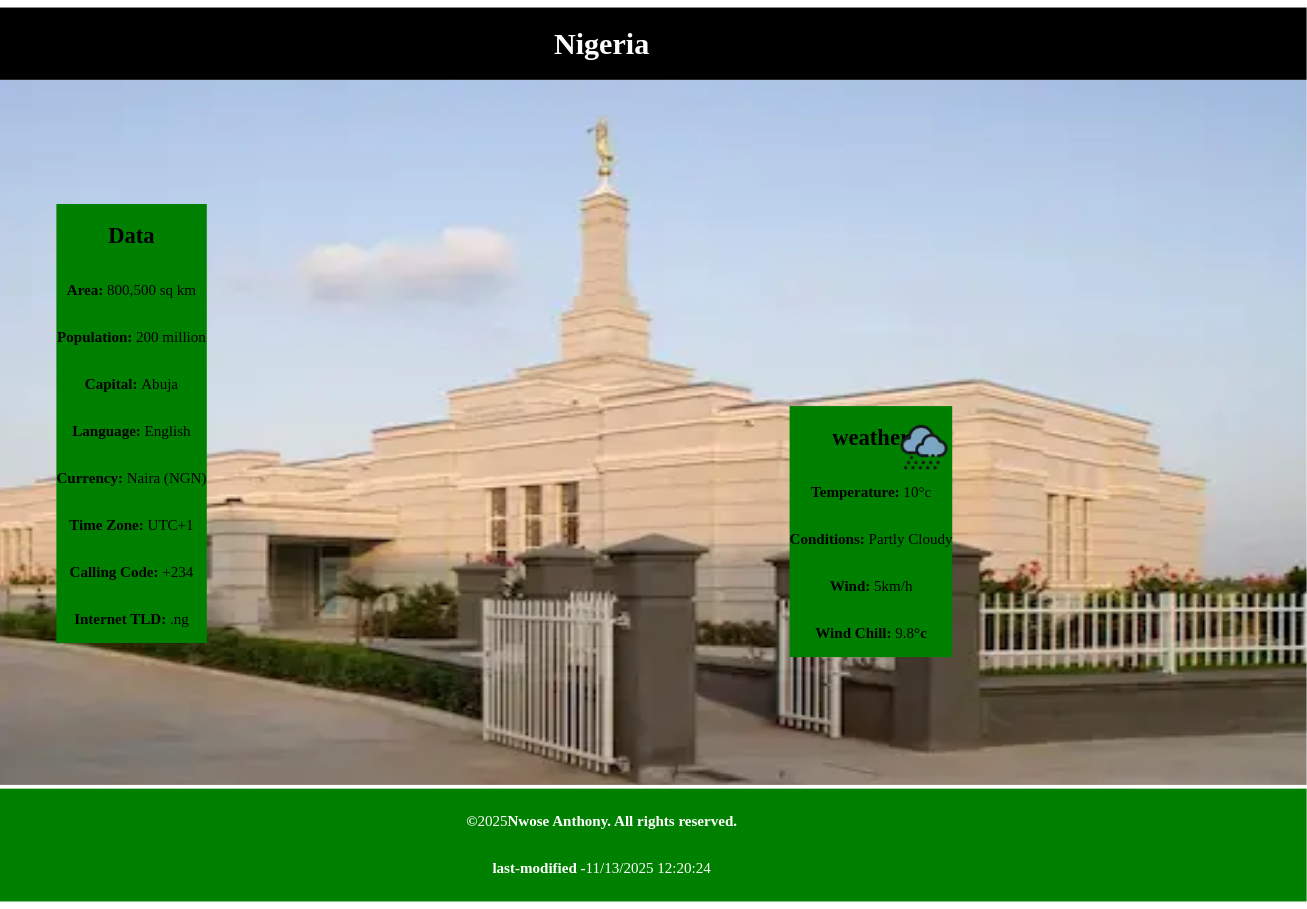
Repository: NoblesNigeria/wdd131
Page: place.html
An editor plug-in stored every save of this project. The page is shown before and after the next save, followed by the edit.
The browser window is 1280 px wide. The page is 1390 px wide, so the pictures cover 1390 px, including what lies to the right of the window. The pictures show the whole page, at 94% of full size.

Above is the page before, as saved 2025-11-13 14:35:39.

### place.html
<!DOCTYPE html>
<html lang="en">
<head>
    <meta charset="UTF-8">
    <meta name="viewport" content="width=device-width, initial-scale=1.0">
    <meta name="description" content="This page is showing the weather conditions of the temple area in Nigeria.">
    <meta name="author" content="Nwose Anthony">
    <title>country page</title>
    <link rel="stylesheet" href="styles/place.css">
    <link rel="stylesheet" href="styles/place-large.css" >
    <script src="scripts/place.js" defer></script>
    <link rel="preconnect" href="https://fonts.googleapis.com">
    <link rel="preconnect" href="https://fonts.gstatic.com" crossorigin>
    <link href="https://fonts.googleapis.com/css2?family=Roboto:wght@400;700&display=swap" rel="stylesheet">
</head>
<body>
    <header>
         <h1>Nigeria</h1>
    </header>
    <main>
        <div>
            <picture class="hero">
                <source srcset="images/hero-large.webp" media="min-width: 1000px">
                <source srcset="images/hero-medium.webp" media="min-width: 550px">
                <img src="images/hero-small.webp" alt="Aba Nigeria Temple" width="1500" height="750">
            </picture>
            <figure class="content">
                <h2>weather</h2>
                <img src="images/rain-weather-icon.webp" alt="weather icon" width="50px" height="auto">
                <p>Temperature: <span id="temperature"></span></p>
                <p>Conditions: <span id="conditions"></span></p>
                <p>Wind: <span id="wind-speed"></span></p>
                <p>Wind Chill: <span id="wind-chill"></span>°c</p>
            </figure>
            <figure class="place-info">
                <h2>Data</h2>
                <p>Area: <span>800,500 sq km</span></p>
                <p>Population: <span>200 million</span></p>
                <p>Capital: <span>Abuja</span></p>
                <p>Language: <span>English</span></p>
                <p>Currency: <span>Naira (NGN)</span></p>
                <p>Time Zone: <span>UTC+1</span></p>
                <p>Calling Code: <span>+234</span></p>
                <p>Internet TLD: <span>.ng</span></p>
            </figure>
        </div>
    </main>
    <footer>
        <p>&copy;  <span id="current-year"></span> Nwose Anthony. All rights reserved.</p>
        <p>last-modified - <span id="last-modified"></span></p>
    </footer>
</body>
</html>

### styles/place.css
body{
        display: grid;
        grid-template-columns: 1fr;
        justify-content: center;

    }
    header{
    display: flex;
    justify-content: center;
    padding: var(--padding);
    font-size: 2rem;
    color: white;
    align-items: center;
    background-color: black;
}

.content{
    display: flex;
    flex-direction: column;
    justify-content: center;
    align-items: center;
    background-color: green;
}
.place-info{
    display: flex;
    flex-direction: column;
    justify-content: center;
    align-items: center;
    font-size: var(--font-size);
    background-color: green;
}
.content img::after{
    top: 20px;
    right: 5px;
    position: absolute;
}

footer{
    display: flex;
    justify-content: center;
    padding: var(--padding);
    font-size: 1rem;
    color: white;
    align-items: center;
    background-color: black;
    flex-direction: column;
}
@media only screen and(min-width:40rem){
    body{
        grid-template-columns: 1fr;

    }
}

### styles/place-large.css
:root{
    --font-size: 1rem;
    --padding: 10px;

}
header h1{
    display: flex;
    justify-content: center;
    margin: 0;
    padding: var(--padding);
    font-size: 2rem;
    color: white;
    align-items: center;
}

div{
    display: grid;
    grid-template-columns: 1fr 1fr auto;
}
.hero{
    width: 100%;
    height: auto;
}
.content{
    position: absolute;
    bottom: 5px;
    left: 800px;
}
.content img{
    top: 20px;
    right: 5px;
    position: absolute;
}
p{
    font-weight: bold;
}
p span{
    font-weight: normal;
}
.place-info{
    position: absolute;
    bottom: 5px;
    left: 20px;;
    bottom: 20px;
}
footer{
    display: grid;
    grid-template-columns: 1fr;
    background-color: green;
}
footer p{
    display: flex;
    justify-content: center;
    font-size: 1rem;
    color: white;
    align-items: center;
}

### scripts/place.js
// Set current year in footer
document.getElementById('current-year').textContent = new Date().getFullYear();
// Set last modified date in footer
document.getElementById('last-modified').textContent = document.lastModified;

let tem= "10°c";
let cond= "Partly Cloudy";
let windSpd= "5km/h";
let windChill= "9.8°c";
document.getElementById('temperature').textContent = tem;
document.getElementById('conditions').textContent = cond;
document.getElementById('wind-speed').textContent = windSpd;

function calculateWindChill(t, s) {
    let wc = 13.12 + (0.6215 * 10) - (11.37*(5**0.16 )) + (0.3965 * 10 * (5**0.16));
    return wc.toFixed(1);
}
document.getElementById('wind-chill').textContent = calculateWindChill(10, 5);

After the next save:
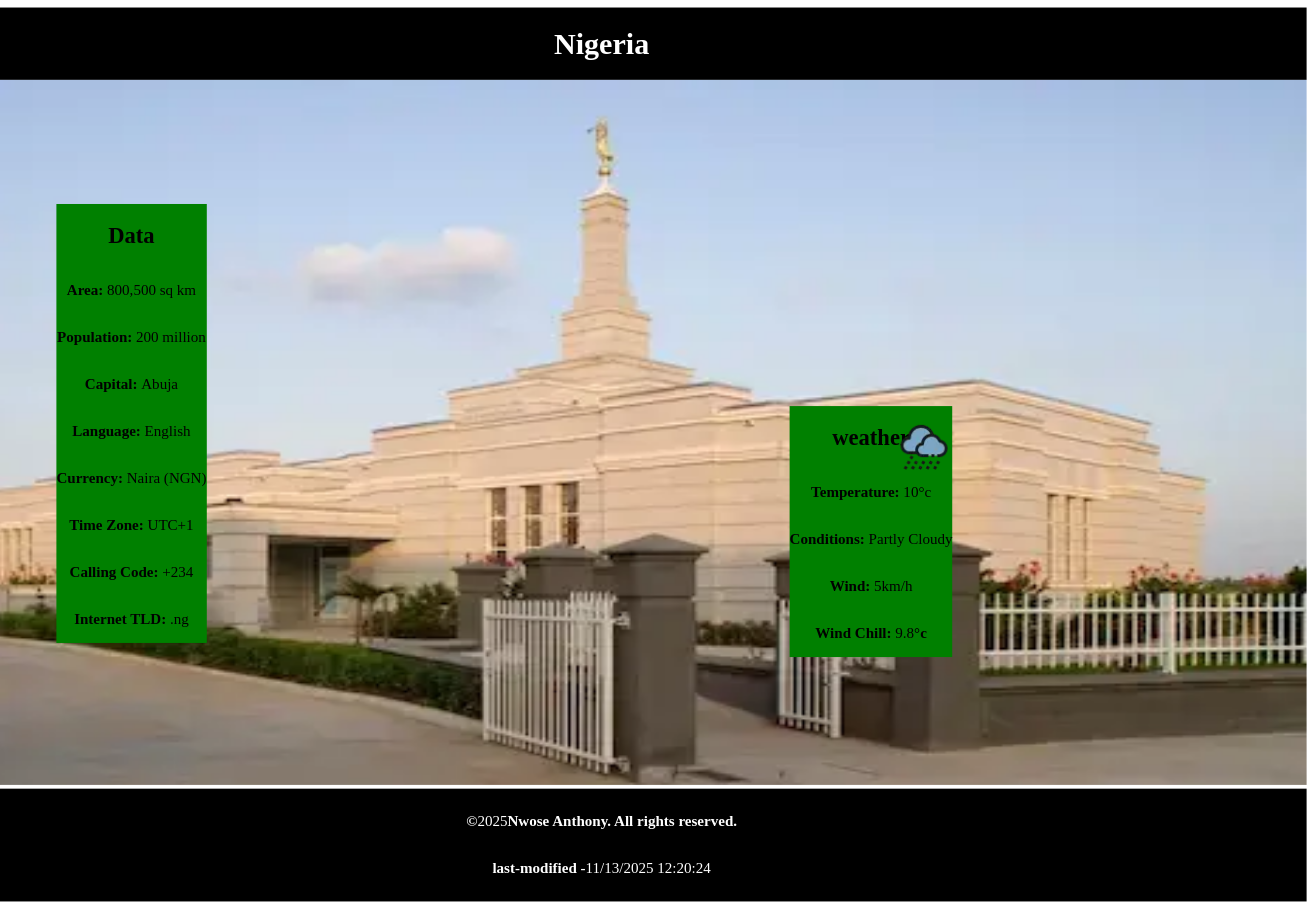
Saved 3 min 26 s later.
--- a/styles/place-large.css
+++ b/styles/place-large.css
@@ -43,11 +43,7 @@ p span{
     left: 20px;;
     bottom: 20px;
 }
-footer{
-    display: grid;
-    grid-template-columns: 1fr;
-    background-color: green;
-}
+
 footer p{
     display: flex;
     justify-content: center;
